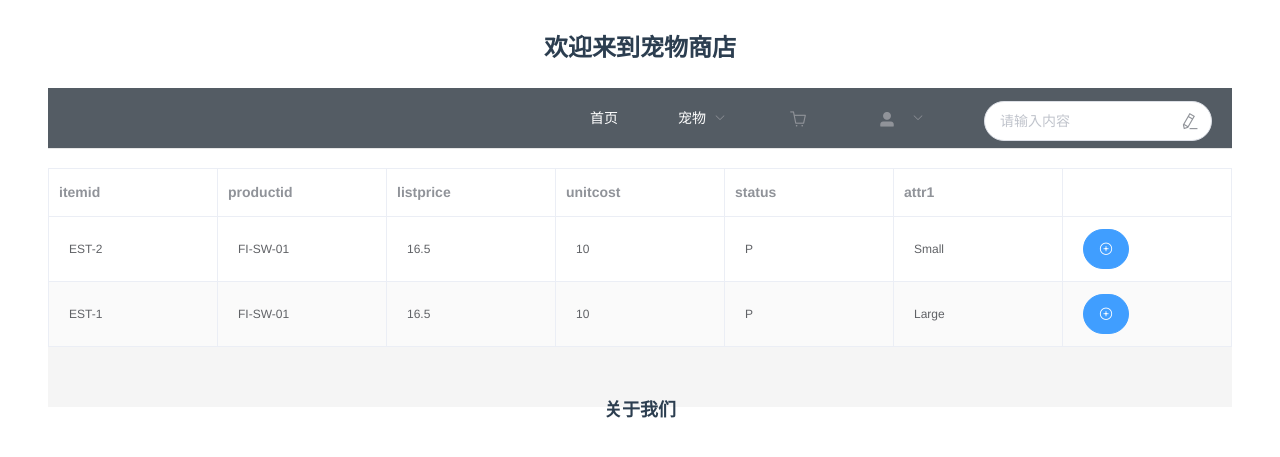
Repository: BreezeDoudou/hellovue
Page: /itemForm
The author's editor kept a copy of each file at every save. The page is drawn from the files as they stood at one save, then again after the next save.
The browser window is 1280 px wide. The pictures show the whole page.
The page's requests for data from a server got no answer. The project was rebuilt for these pictures with package versions that can differ from the ones it lists, and the page was loaded fresh each time. No one was signed in, and anything a server would have sent is missing. Also part of the build but not shown: src/components/HelloWorld.vue, src/components/account/selfaccount.vue, src/components/account/editForm.vue, src/components/appcomonents/main.vue, src/components/appcomonents/productForm.vue, src/components/account/test1.vue, src/components/appcomonents/cart.vue, src/components/appcomonents/order.vue. Imported but missing from the stored project, and not drawn on this page: src/components/appcomonents/menu.vue.

Above is the page before, as saved 2023-05-18 23:18:59.

### index.html
<!DOCTYPE html>
<html>
  <head>
    <meta charset="utf-8">
    <meta name="viewport" content="width=device-width,initial-scale=1.0">
    <title>hellovue</title>
  </head>
  <body>
    <div id="app"></div>
    <!-- built files will be auto injected -->
  </body>
</html>

### src/App.vue
<template>
  <div id="app">

    <el-container>
  <el-header><h2>欢迎来到宠物商店</h2>
     </el-header>
  <el-main><router-view></router-view></el-main>
</el-container>
    <!-- 路由占位符 -->


  </div>
</template>

<script>
import login from './components/account/login.vue'
import Views from './views/index.vue';
import navbar from './components/appcomonents/navbar.vue'
import menu from './components/appcomonents/menu.vue';
export default {
    name: "App",
    components: { Views ,navbar,login,menu}
}
</script>

<style>
#app {
  font-family: 'Avenir', Helvetica, Arial, sans-serif;
  -webkit-font-smoothing: antialiased;
  -moz-osx-font-smoothing: grayscale;
  text-align: center;
  color: #2c3e50;
  margin-top: 0px;
}
</style>

### src/components/account/login.vue

  <template>
     <el-form :model="ruleForm" :rules="rules" ref="ruleForm" label-width="60px"  hide-required-asterisk size="medium"
     validate-on-rule-change>
    <el-form-item label="账  号" prop="username">
     <el-input v-model="ruleForm.username" prefix-icon="el-icon-user" ></el-input>
    </el-form-item>
    <el-form-item label="密  码" prop="password">
     <el-input v-model="ruleForm.password" prefix-icon= "el-icon-lock" type="password"></el-input>
    </el-form-item>
    <el-form-item id="button1">
        <el-button type="primary" round @click="onSubmit" >登录</el-button>
        <el-button type="info" round @click="resetForm">重置</el-button>
  </el-form-item>
  <el-button type="info" round @click="change">短信验证登录</el-button>
  <el-link href="/register" target="_blank">没有账号？注册一个</el-link>
  </el-form>

</template>
  <script>

    export default {
      data() {
        return {
            ruleForm: {
            username:'j2ee',
            password:'j2ee'

          },
          rules: {
          username: [
            { required: true, message: '请输入用户名', trigger: 'blur' },
            { min: 4, max: 10, message: '长度在 4 到 10 个字符', trigger: 'blur' }
          ],
          password: [
            { required: true, message: '密码不能为空', trigger: 'blur'}
          ],

        }
        }

      },
      methods: {
         resetForm(){
            console.log(this);
            this.$nextTick(() => {
        this.$refs['ruleForm'].resetFields();
      })
         },

        onSubmit() {
            this.$refs['ruleForm'].validate(async vali=>{
                if(!vali)return;
              const result= await this.$http.post('/Account',this.ruleForm);
              console.log(result.data)
              if(result.data.status!=0) this.$message({
          message: '账号或密码错误',
          type: 'warning'})
             else {this.$message({
          message: '登陆成功',
          type: 'success'})
          console.log(result.data.data.userid)
          this.$userid = result.data.data.userid;
          this.$router.push('/index?userid='+result.data.data.userid)

             }


            })
      },
      change(){
        this.$router.push('/phone')
      }

    }
}
  </script>
  <style>
.el-form {
    max-width: 400px;
    margin: 0 auto;
    padding: 50px;
    background-color: #fff;
    border-radius: 10px;
    box-shadow: 0 2px 5px rgba(0, 0, 0, 0.3);
  }

  /* 设置表单项之间的间距 */
  .el-form-item {
    margin-bottom: 30 px;
  }

  /* 利用 !important 强制更改样式的圆角为 20px */
  .el-input__inner,
  .el-button {
    border-radius: 20px !important;
  }

  /* 设置登录按钮样式 */
  .el-button[type="primary"] {
    width: 100%;
    height: 40px;
    border: none;
    margin-top: 30px;
    background-color: #1189FF;
  }

  /* 设置注册链接的样式 */
  .el-link {
    margin-top: 15px;
    display: block;
    text-align: center;
    color: #999;
  }

  /* 设置短信登录按钮的样式 */
  .el-button[type="info"] {
    height: 40px;
    margin-right: 10px;
  }

  .el-form-item.is-required:first-child .el-form-item__label {
    display: inline-block;
  }


  /* flex布局 */
  .el-form-item__content {
    display: flex;
    justify-content: space-between;
    align-items: center;
  }

  /* 调整input的宽度 */
  #authcode {
    width: 100%;
  }

  /* 设置发送验证码按钮位置 */
  .el-form-item__content .el-button {
    margin-left: 20px; /* 根据需要更改间距 */
  }

  #button1{
    display: flex;
  }
</style>

### src/views/index.vue
<template id="app">
  <el-container>
    <!-- 头部组件 -->
    <el-header>
      <div class="line"></div>
      <el-menu :default-active="activeIndex2" class="el-menu-demo" mode="horizontal" @select="handleSelect"
        background-color="#545c64" text-color="#fff" active-text-color="#ffd04b">
        <el-menu-item index="/index">首页</el-menu-item>
        <el-submenu index="2">
          <template slot="title">宠物</template>
          <el-menu-item index="2-1">鱼</el-menu-item>
          <el-menu-item index="2-2">鸟</el-menu-item>
          <el-menu-item index="2-3">猫</el-menu-item>
          <el-menu-item index="2-4">狗</el-menu-item>
          <el-menu-item index="2-5">爬宠</el-menu-item>
        </el-submenu>
        <el-menu-item index="/cart"><i class="el-icon-shopping-cart-2"></i></el-menu-item>
        <el-submenu index="4">
          <template slot="title"><i class="el-icon-user-solid"></i></template>
          <el-menu-item index="/selfaccount">个人信息</el-menu-item>
          <el-menu-item index="/">登出</el-menu-item>
        </el-submenu>

        <el-menu-item>
          <template>
           <search></search>
          </template>
        </el-menu-item>

      </el-menu>
    </el-header>
    <!-- 中心组件 -->
    <el-main>

      <router-view :key="key">
      </router-view>

      <el-footer class="footer">
    <div class="about-us">
      <h3>关于我们</h3>
      <p>我们是一家致力于提供宠物销售、医疗、配种和培训等服务的专业团队。</p>
      <p>如有任何需要帮助您的地方，请联系我们：</p>
      <p><i class="el-icon-phone"></i>&nbsp;&nbsp;电话：021-12345678</p>
      <p><i class="el-icon-message"></i>&nbsp;&nbsp;邮箱：support@petstore.com</p>
    </div>

    <div class="follow-us">
      <h3>关注我们</h3>
      <p>加入我们的社交圈，与其他爱宠人士分享你的心得体会！</p>
      <div class="social-media-icons">
        <i class="el-icon-s-promotion"></i>
        <i class="el-icon-s-help"></i>
        <i class="el-icon-s-opportunity"></i>
        <i class="el-icon-s-flag"></i>
        <i class="el-icon-s-more"></i>
      </div>
    </div>
  </el-footer>

    </el-main>
    <!-- 底部组件 -->

  </el-container>


</template>
<script>
import search from '../components/appcomonents/test.vue'
export default {
  created(){

        this.useridforindex=this.$route.query.userid
        console.log(this.$route.query.userid)
  },
  components:{
    search
  },
  computed: {
    key() {
      return this.$route.fullPath
    }
  },

  data() {
    return {
      restaurants: [],
      state: '',
      useridforindex:''
    };
  },
  methods: {
    handleSelect(item) {
      console.log(item)
      // this.$router.push({path:'/productForm',query: {category:'FISH'}})
      switch (item) {
        case "2-1": this.$router.push({ path: '/productForm?category=FISH&userid='+this.useridforindex }); break;
        case "2-2": this.$router.push({ path: '/productForm?category=BIRDS&userid='+this.useridforindex}); break;
        case "2-3": this.$router.push({ path: '/productForm?category=CATS&userid='+this.useridforindex}); break;
        case "2-4": this.$router.push({ path: '/productForm?category=DOGS&userid='+this.useridforindex }); break;
        case "2-5": this.$router.push({ path: '/productForm?category=REPTILES&userid='+this.useridforindex}); break;
        case "/cart" :this.$router.push({ path: '/cart?userid='+this.useridforindex }); break;
        default: this.$router.push(item)
      }
    },

  },


}

</script>

<style>
.el-menu-demo {
  display: flex;
  justify-content: flex-end; /* 右对齐布局 */
}

.el-menu-demo .el-menu-item,
.el-menu-demo .el-submenu {
  margin-left: 0px; /* 调整元素之间的间距 */
}
.footer {
  background-color: #f5f5f5;
  padding-top: 30px;
  padding-bottom: 30px;
}

.about-us,
.related-links,
.follow-us {
  flex: 1;
}

.about-us h3,
.related-links h3,
.follow-us h3 {
  font-size: 18px;
  font-weight: bold;
  margin-bottom: 10px;
}

.about-us p {
  font-size: 14px;
  color: #666;
  margin-bottom: 5px;
}

.related-links a {
  display: block;
  margin-bottom: 5px;
}

.social-media-icons {
  display: flex;
  justify-content: space-between;
  align-items: center;
  margin-top: 20px;
}
.social-media-icons i {
  font-size: 24px;
  color: #00baff;
  cursor: pointer;
  margin-right: 10px;
}
.social-media-icons i:last-child {
  margin-right: 0;
}
</style>

### src/components/appcomonents/navbar.vue
<template>
    <el-menu :default-active="activeIndex2" class="el-menu-demo" mode="horizontal" @select="handleSelect"
              background-color="#545c64" text-color="#fff" active-text-color="#ffd04b" default-active="$route.path" router="true" >

      <el-menu-item index="/">主页</el-menu-item>
      <el-menu-item index="login">登录</el-menu-item>
      <el-submenu index="3">
        <template slot="title">Projects</template>
        <el-menu-item index="3-1">Shiny</el-menu-item>
        <el-menu-item index="3-2">LearnVue</el-menu-item>
        <el-menu-item index="3-3">OtherProject</el-menu-item>
      </el-submenu>
      <el-menu-item index="4"><i class="el-icon-user"></i></el-menu-item>
      <el-menu-item index="5">Resume</el-menu-item>
      <el-menu-item index="abouts">About</el-menu-item>
    </el-menu>
  </template>

  <script>
    export default {
      data () {
        return {
        }
      },
      //注意这里我是将它的改为这样的，效果是一样的，但使用这个可以在页面任何部位设置跳转时头部导航条部分样式会跟这变化即为选中，而不是不变的例如：你设置跳转到产品页导航条的样式也会跟着选中产品项
      computed:{
        activeIndex(){
          return this.$route.path.replace('/','')
        }
      },
      methods: {
        handleSelect(key, keyPath) {
          console.log(this);
          console.log(key,keyPath);
          this.$router.push(key)
        }
      }
    }
  </script>

  <style>
    .el-menu-demo {
  display: flex;
  justify-content: flex-end; /* 右对齐布局 */
}

.el-menu-demo .el-menu-item,
.el-menu-demo .el-submenu {
  margin-left: 20px; /* 调整元素之间的间距 */
}
  </style>

### src/components/account/loginbyphone.vue
<template>
    <el-form :model="ruleForm" :rules="rules" ref="ruleForm" label-width="60px" hide-required-asterisk size="medium"
        validate-on-rule-change>
        <el-form-item label="手机号" prop="phone">
            <el-input v-model="ruleForm.phone" prefix-icon="el-icon-phone"></el-input>
        </el-form-item>
        <el-form-item label="验证码" prop="authcode">
            <el-input v-model="ruleForm.authcode" prefix-icon="el-icon-s-promotion" id="authcode"></el-input>
            <el-button type="primary" round @click="send" size="small">发送验证码</el-button>
        </el-form-item>
        <el-form-item id="button1">
            <el-button type="primary" round @click="onSubmit">登录</el-button>
            <el-button type="info" round @click="resetForm">重置</el-button>
        </el-form-item>
        <el-button type="info" round @click="change">账号密码登录</el-button>
        <el-link href="/register" target="_blank">没有账号？注册一个</el-link>
    </el-form>
</template>
<script>

export default {
    data() {
        return {
            ruleForm: {
                phone: '18710413658',
                authcode: '',
                authcode_1: ''
            },
            rules: {
                phone: [
                    { required: true, message: '请输入手机号', trigger: 'blur' },
                    { min: 11, max: 11, message: '请输入正确的手机号', trigger: 'blur' }
                ],
                password: [
                    { required: true, message: '验证码不能为空', trigger: 'blur' },
                    { min: 4, max: 4, message: '请输入正确的验证码', trigger: 'blur' }
                ],

            }
        }

    },
    methods: {
        resetForm() {
            console.log(this);
            this.$nextTick(() => {
                this.$refs['ruleForm'].resetFields();
            })
        },

        onSubmit() {
            this.$refs['ruleForm'].validate(async vali => {
                if (!vali) return;
                const result = await this.$http.get('/Phone', {
                    params: {
                        Phone: this.ruleForm.phone,
                        Authcode: this.ruleForm.authcode
                    }
                });
                console.log(result.data)
                if (result.data.status != 0) this.$message({
                    message: '验证码错误',
                    type: 'warning'
                })
                else this.$message({
                    message: '登陆成功',
                    type: 'success'
                })
            })
        },

        change() {
            this.$router.push('/')
        },
        send() {
            if (this.ruleForm.phone != '' && this.ruleForm.phone.length == 11) {
                this.$http.get('/message', {
                    params: {
                        Phone: this.ruleForm.phone
                    }
                }).then(
                    succuess => {
                        console.log(succuess.data)
                        this.ruleForm.authcode_1 = 3344
                        this.$message({
                            message: '发送成功',
                            type: 'success'
                        })
                    }
                )

            }

        }


    }
}
</script>
<style>
.el-form {
    max-width: 400px;
    margin: 0 auto;
    padding: 50px;
    background-color: #fff;
    border-radius: 10px;
    box-shadow: 0 2px 5px rgba(0, 0, 0, 0.3);
  }

  /* 设置表单项之间的间距 */
  .el-form-item {
    margin-bottom: 30 px;
  }

  /* 利用 !important 强制更改样式的圆角为 20px */
  .el-input__inner,
  .el-button {
    border-radius: 20px !important;
  }

  /* 设置登录按钮样式 */
  .el-button[type="primary"] {
    width: 100%;
    height: 40px;
    border: none;
    margin-top: 30px;
    background-color: #1189FF;
  }

  /* 设置注册链接的样式 */
  .el-link {
    margin-top: 15px;
    display: block;
    text-align: center;
    color: #999;
  }

  /* 设置短信登录按钮的样式 */
  .el-button[type="info"] {
    height: 40px;
    margin-right: 10px;
  }

  .el-form-item.is-required:first-child .el-form-item__label {
    display: inline-block;
  }

  /* flex布局 */
  .el-form-item__content {
    display: flex;
    justify-content: space-between;
    align-items: center;
  }

  /* 调整input的宽度 */
  #authcode {
    width: 100%;
  }

  /* 设置发送验证码按钮位置 */
  .el-form-item__content .el-button {
    margin-left: 20px; /* 根据需要更改间距 */
  }

  #button1{
    display: flex;
  }
</style>

### src/components/appcomonents/test.vue

<template><el-autocomplete
    popper-class="my-autocomplete"
    v-model="state"
    :fetch-suggestions="querySearch"
    placeholder="请输入内容"
    @select="handleSelect1">
    <i
      class="el-icon-edit el-input__icon"
      slot="suffix"
      @click="handleIconClick">
    </i>
    <template slot-scope="{ item }">
      <div class="name">{{ item.name }}</div>
      <span class="addr">{{ item.productid }}</span>
    </template>
  </el-autocomplete></template>


<script>
  export default {
    created(){
       this.loadAll()
       console.log(this.restaurants)
    },
    data() {
      return {
        restaurants: [],
        state: ''
      };
    },
    methods: {
      querySearch(queryString, cb) {
        var restaurants = this.restaurants;
        var results = queryString ? restaurants.filter(this.createFilter(queryString)) : restaurants;
        // 调用 callback 返回建议列表的数据
        cb(results);
      },
      createFilter(queryString) {
        return (restaurant) => {
          return (restaurant.name.toLowerCase().indexOf(queryString.toLowerCase()) === 0);
        };
      },
      async loadAll() {
      const results = await this.$http.get('/products')
      // console.log(results.data.data)
      this.restaurants=results.data.data

    },
      handleSelect1(item) {
        console.log(item);
        this.$router.push('/itemForm?productid='+item.productid)
      },
      handleIconClick(ev) {
         console.log(ev);
      }
    },

  }
</script>

### src/components/appcomonents/itemForm.vue

  <template >

 <el-table :data="items" border  stripe="true">
<el-table-column label="itemid" >
  <template slot-scope="scope">
        <span style="margin-left: 10px" >{{ scope.row.itemid }}</span>
      </template>
</el-table-column>
<el-table-column label="productid" >
  <template slot-scope="scope">
        <span style="margin-left: 10px" >{{ scope.row.productid }}</span>
      </template>
</el-table-column>
<el-table-column label="listprice" >
  <template slot-scope="scope">
        <span style="margin-left: 10px" >{{ scope.row.listprice}}</span>
      </template>
</el-table-column>
<el-table-column label="unitcost">
  <template slot-scope="scope">
        <span style="margin-left: 10px" >{{ scope.row.unitcost }}</span>
      </template>
</el-table-column>
<el-table-column label="status">
  <template slot-scope="scope">
        <span style="margin-left: 10px" >{{ scope.row.status }}</span>
      </template>
</el-table-column>
<el-table-column label="attr1">
  <template slot-scope="scope">
        <span style="margin-left: 10px" >{{ scope.row.attr1 }}</span>
      </template>
</el-table-column>
<el-table-column >
  <template slot-scope="scope">
        <!-- <span style="margin-left: 10px">{{ scope.row.descn }}</span> -->
        <el-button type="primary" icon="el-icon-circle-plus-outline" size="small" @click="addtocart(scope.row.itemid)"></el-button>

      </template>
</el-table-column>
</el-table>
  </template>

  <script>

export default {

    created(){
        console.log(this.$route.query.productid)
         this.getItems(this.$route.query.productid)
         this.userid=this.$route.query.userid
    },

    data(){
        return {
               items:[{
            "itemid": "EST-2",
            "productid": "FI-SW-01",
            "listprice": 16.50,
            "unitcost": 10.00,
            "supplier": 1,
            "status": "P",
            "attr1": "Small",
            "attr2": null,
            "attr3": null,
            "attr4": null,
            "attr5": null
        },{
            "itemid": "EST-1",
            "productid": "FI-SW-01",
            "listprice": 16.50,
            "unitcost": 10.00,
            "supplier": 1,
            "status": "P",
            "attr1": "Large",
            "attr2": null,
            "attr3": null,
            "attr4": null,
            "attr5": null
        }],
        userid:'' ,
        carts:{
               userId:'',
               itemId:'',
               quantity:''
        }
        }
    },
    methods :{
       async  getItems(productid){
        const result= await this.$http.get('/ItemofProduct',{params:{
                  id:productid
        }})
        this.items=result.data.data

        },
        async addtocart(itemid){
          console.log(itemid+this.userid)
          this.carts.itemId=itemid
          this.carts.userId=this.userid
          this.carts.quantity=1
         const res =await this.$http.post('/addtocart',this.carts)
         this.$message.success("成功添加至购物车")
        }
    }
}
</script>

<style>
  /* 调整表格样式 */
.el-table__header thead th, .el-table__body tbody td {
  text-align: center; /* 文字居中对齐 */
}

.el-table__header-wrapper {
  background-color: #f2f6fc; /* 表头底色 */
}

.el-table__body {
  background-color: #ffffff; /* 表格内容底色 */
}

/* 调整单元格样式 */
.el-table th {
  font-size: 14px;
}

.el-table td {
  font-size: 12px;
  color: #606266;
  line-height: 1.6;
}

.el-table--striped tbody>tr:nth-child(even) {
  background-color: #f8fafd; /* 条纹样式，用于视觉差异 */
}

/* 添加悬停效果 */
.el-table tr:hover>td {
  background-color: #f5f7fa;
}

/* 调整按钮样式 */
.el-button--primary.is-small {
  font-size: 12px;
  padding: 5px 10px;
  margin-left: 5px;
  background-color: #409EFF; /* 按钮背景色 */
  border-color: #409EFF; /* 按钮边框颜色 */
}
</style>

Loaded but not shown: src/router/index.js (85 lines, source omitted); src/main.js (21 lines, source omitted); src/components/account/register.vue (282 lines, source omitted)

After the next save:
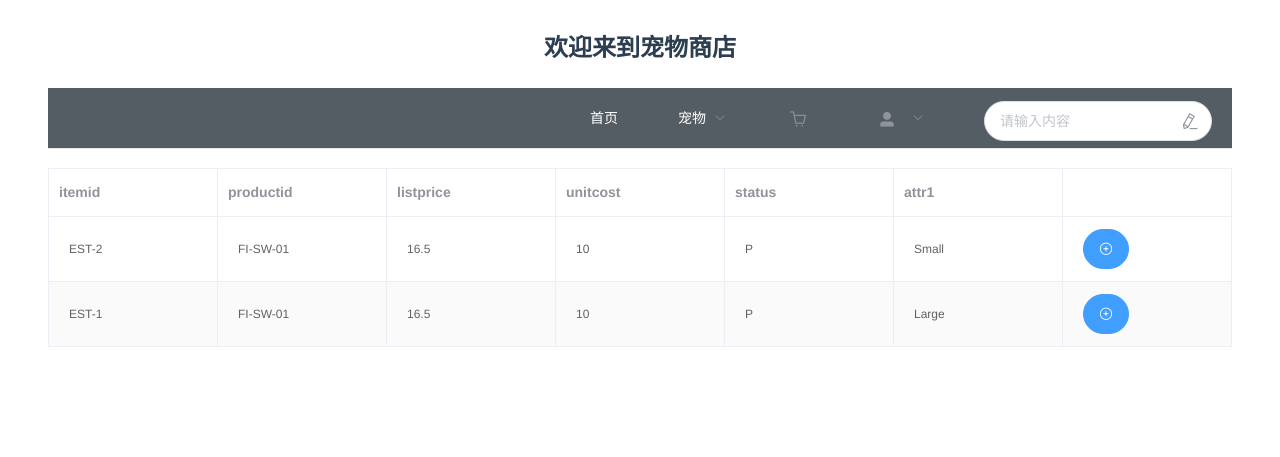
Saved 78 s later.
--- a/src/views/index.vue
+++ b/src/views/index.vue
@@ -35,30 +35,7 @@
       <router-view :key="key">
       </router-view>
 
-      <el-footer class="footer">
-    <div class="about-us">
-      <h3>关于我们</h3>
-      <p>我们是一家致力于提供宠物销售、医疗、配种和培训等服务的专业团队。</p>
-      <p>如有任何需要帮助您的地方，请联系我们：</p>
-      <p><i class="el-icon-phone"></i>&nbsp;&nbsp;电话：021-12345678</p>
-      <p><i class="el-icon-message"></i>&nbsp;&nbsp;邮箱：support@petstore.com</p>
-    </div>
-
-    <div class="follow-us">
-      <h3>关注我们</h3>
-      <p>加入我们的社交圈，与其他爱宠人士分享你的心得体会！</p>
-      <div class="social-media-icons">
-        <i class="el-icon-s-promotion"></i>
-        <i class="el-icon-s-help"></i>
-        <i class="el-icon-s-opportunity"></i>
-        <i class="el-icon-s-flag"></i>
-        <i class="el-icon-s-more"></i>
-      </div>
-    </div>
-  </el-footer>
-
     </el-main>
-    <!-- 底部组件 -->
 
   </el-container>
 
